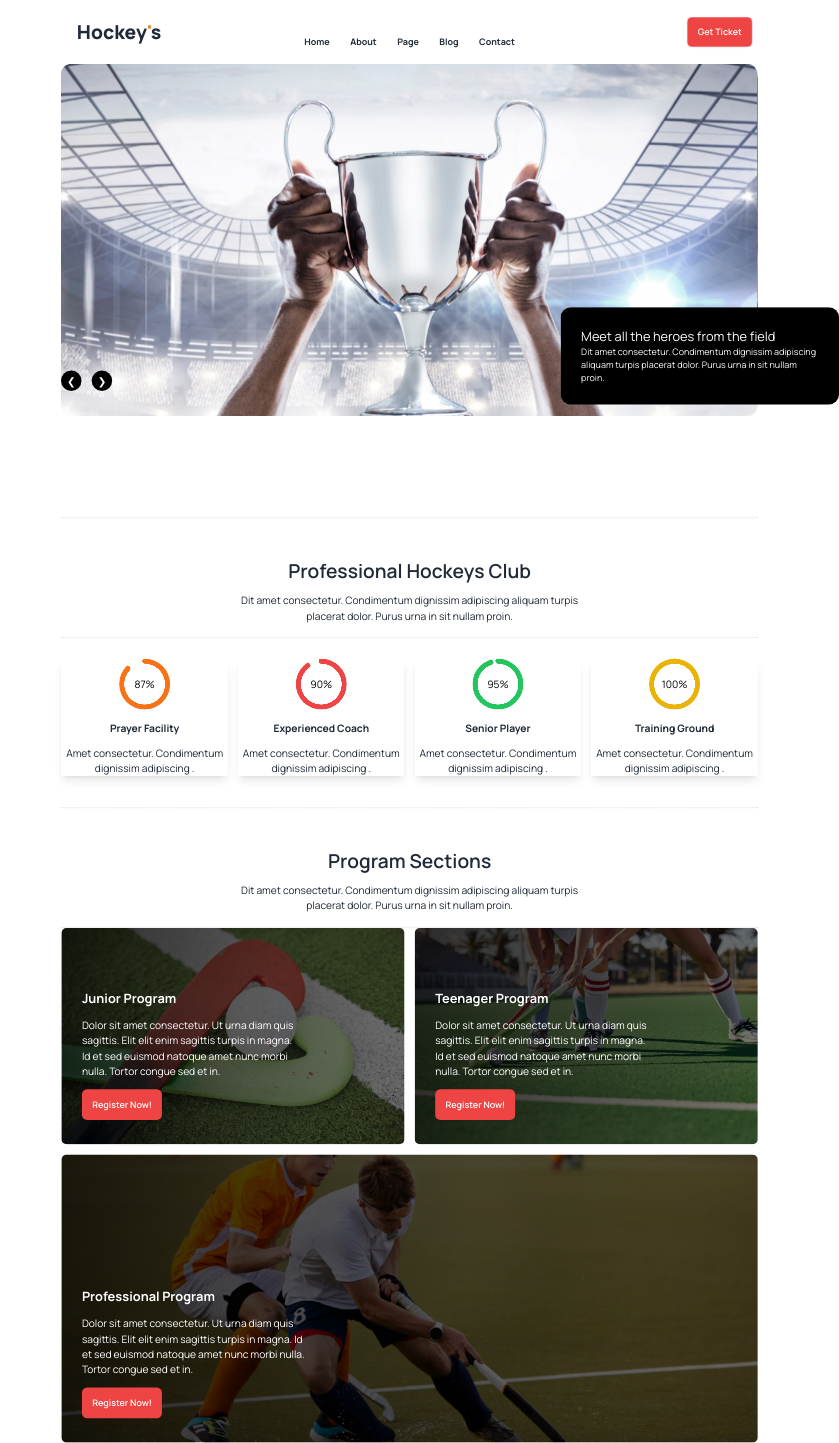
Repository: RudrasahaDibos/Hockey-
Page: index.html
The author's editor kept a copy of each file at every save. The page is drawn from the files as they stood at one save, then again after the next save.
The browser window is 1280 px wide. The page is 1311 px wide, so the pictures cover 1311 px, including what lies to the right of the window. The pictures show the whole page, at 64% of full size.
Some web libraries are served in a nearby version.

Above is the page before, as saved 2024-10-23 22:46:35.

### index.html
<!DOCTYPE html>
<html lang="en">
<head>
    <meta charset="UTF-8">
    <meta name="viewport" content="width=device-width, initial-scale=1.0">
    <title>Hockeys</title>
    <!-- Tailwinds css -->
    <link href="https://cdn.jsdelivr.net/npm/daisyui@4.12.13/dist/full.min.css" rel="stylesheet" type="text/css" />
    <script src="https://cdn.tailwindcss.com"></script>
    <!-- Font asome -->
    <link rel="stylesheet" href="https://cdnjs.cloudflare.com/ajax/libs/font-awesome/6.6.0/css/all.min.css" integrity="sha512-Kc323vGBEqzTmouAECnVceyQqyqdsSiqLQISBL29aUW4U/M7pSPA/gEUZQqv1cwx4OnYxTxve5UMg5GT6L4JJg==" crossorigin="anonymous" referrerpolicy="no-referrer" />
   <!-- tailwind custom css -->
   <script>
    tailwind.config = {
      theme: {
        extend: {
          colors: {
            clifford: '#da373d',
          }
        }
      }
    }
  </script>
  <!-- google Font  -->
  <link rel="preconnect" href="https://fonts.googleapis.com">
  <link rel="preconnect" href="https://fonts.gstatic.com" crossorigin>
  <link href="https://fonts.googleapis.com/css2?family=Manrope:wght@200..800&display=swap" rel="stylesheet">

  <style>
.manrope {
  font-family: "Manrope", serif;
}
  </style>

</head>
<body class="manrope">
    <!-- header section start here -->
       <header class="container mx-auto lg:px-24 px-8">
                 <!-- navber start here -->
                     <nav>
                        <div class="navbar bg-base-100">
                            <div class="navbar-start">
                              <div class="dropdown">
                                <div tabindex="0" role="button" class="  lg:hidden">
                                  <svg
                                    xmlns="http://www.w3.org/2000/svg"
                                    class="h-5 w-5"
                                    fill="none"
                                    viewBox="0 0 24 24"
                                    stroke="currentColor">
                                    <path
                                      stroke-linecap="round"
                                      stroke-linejoin="round"
                                      stroke-width="2"
                                      d="M4 6h16M4 12h8m-8 6h16" />
                                  </svg>
                                </div>
                                <ul
                                  tabindex="0"
                                  class="menu menu-sm dropdown-content bg-base-100 rounded-box z-[1] mt-3 w-52 p-2 shadow">

                                    <li><a>Home</a></li>
                                    <li><a>About</a></li>
                                    <li><a>Page</a></li>
                                    <li><a>Blog</a></li>
                                    <li><a>Contact</a></li>

                                </ul>
                              </div>

                              <a class=" ml-4  text-2xl lg:text-3xl font-extrabold ">Hockey<span class="text-orange-500">'</span>s</a>

                            </div>
                            <div class="navbar-center hidden lg:flex">
                              <ul class="menu menu-horizontal px-1 mt-8">
                                <li class="hover:text-orange-500 font-bold"><a>Home</a></li>
                                <li  class="hover:text-orange-500 font-bold"><a>About</a></li>
                                <li  class="hover:text-orange-500 font-bold"><a>Page</a></li>
                                <li  class="hover:text-orange-500 font-bold"><a>Blog</a></li>
                                <li  class="hover:text-orange-500 font-bold"><a>Contact</a></li>
                              </ul>
                            </div>
                            <div class="navbar-end  lg:ml-0 ml-20">

                              <a class="btn bg-red-500 text-white  ">Get Ticket</a>
                            </div>
                          </div>
                     </nav>
                 <!-- navber end here -->

                  <!-- banner start here -->
                     <div>
                      <div class="carousel w-full">
                        <div id="slide1" class="carousel-item relative w-full ">
                          <img
                            src="Images/1.png"
                            class="w-full lg:h-[550px] " />
                          <div class="absolute lg:left-0 lg:right-0 lg:top-[90%] left-[90px] top-[80%] flex -translate-y-1/2 transform gap-4">
                            <div class=" h-8 w-8 rounded-full bg-black text-white flex justify-center items-center ">
                              <a href="#slide4" class="lg:btn lg:btn-circle">❮</a>
                            </div>
                            <div class="h-8 w-8 rounded-full bg-black text-white flex justify-center items-center">
                              <a href="#slide2" class="lg:btn lg:btn-circle ">❯</a>
                            </div>
                          </div>
                        </div>
                        <div id="slide2" class="carousel-item relative w-full">
                          <img
                            src="Images/2.png"
                            class="w-full lg:h-[550px]" />
                            <div class="absolute lg:left-0 lg:right-0 lg:top-[90%] left-[90px] top-[80%] flex -translate-y-1/2 transform gap-4">
                              <div class=" h-8 w-8 rounded-full bg-black text-white flex justify-center items-center ">
                                <a href="#slide1" class="lg:btn lg:btn-circle">❮</a>
                              </div>
                              <div class="h-8 w-8 rounded-full bg-black text-white flex justify-center items-center">
                                <a href="#slide3" class="lg:btn lg:btn-circle ">❯</a>
                              </div>
                            </div>
                        </div>
                        <div id="slide3" class="carousel-item relative w-full">
                          <img
                            src="Images/3.png"
                            class="w-full lg:h-[550px]" />
                            <div class="absolute lg:left-0 lg:right-0 lg:top-[90%] left-[90px] top-[80%] flex -translate-y-1/2 transform gap-4">
                              <div class=" h-8 w-8 rounded-full bg-black text-white flex justify-center items-center ">
                                <a href="#slide2" class="lg:btn lg:btn-circle">❮</a>
                              </div>
                              <div class="h-8 w-8 rounded-full bg-black text-white flex justify-center items-center">
                                <a href="#slide4" class="lg:btn lg:btn-circle ">❯</a>
                              </div>
                            </div>
                        </div>
                        <div id="slide4" class="carousel-item relative w-full">
                          <img
                            src="Images/4.png"
                            class="w-full lg:h-[550px]" />
                            <div class="absolute lg:left-0 lg:right-0 lg:top-[90%] left-[90px] top-[80%] flex -translate-y-1/2 transform gap-4">
                              <div class=" h-8 w-8 rounded-full bg-black text-white flex justify-center items-center ">
                                <a href="#slide3" class="lg:btn lg:btn-circle">❮</a>
                              </div>
                              <div class="h-8 w-8 rounded-full bg-black text-white flex justify-center items-center">
                                <a href="#slide1" class="lg:btn lg:btn-circle ">❯</a>
                              </div>
                            </div>
                        </div>
                      </div>

                        <!-- meet all hero  -->
                        <div class=" card bg-black  p-2 lg:p-8  lg:w-2/5 lg:-translate-y-44 lg:left-[780px]">
                          <div class="">
                            <h2 class="lg:text-xl bold text-white">Meet all the heroes from the field</h2>
                            <p class="text-sm text-white">Dit amet consectetur. Condimentum dignissim adipiscing aliquam   turpis placerat dolor. Purus urna in sit nullam proin. </p>

                          </div>
                        </div>
                      <!-- meet hero ebds -->


                     </div>


                   <!-- banner end here -->
       </header>
       <!-- Header section End here -->

       <!-- Main secetion start here  -->
        <main>
                      <!-- Professional Hockeys Club start here -->
                         <section class=" container mx-auto lg:px-24 px-8 lg:mt-0  mt-5  ">
                                 <div class="text-center space-y-4 border-dotted border-t-2 border-b-2  border-separate h-[189px] lg:pt-16">
                                     <h1 class=" text-xl lg:text-3xl font-semibold">Professional Hockeys Club</h1>
                                     <p class="lg:w-[50%] lg:mx-auto">Dit amet consectetur. Condimentum dignissim adipiscing aliquam turpis placerat dolor. Purus urna in sit nullam proin. </p>
                                 </div>
                                  <div class="mt-8">
                                        <div class="grid grid-cols-1 md:gird-cols-2 lg:grid-cols-4 gap-4 ">
                                                <div class=" h-50 shadow-lg space-y-4 flex flex-col justify-center items-center">
                                                  <div class="radial-progress text-orange-500  " style="--value:87;" role="progressbar"><span class="text-black"> 87%</span></div>
                                                    <h3 class="font-bold">Prayer Facility</h3>
                                                    <p class="text-center">Amet consectetur. Condimentum dignissim adipiscing .</p>
                                                </div>
                                                <div class=" h-50 shadow-lg space-y-4 flex flex-col justify-center items-center">
                                                  <div class="radial-progress text-red-500  " style="--value:90;" role="progressbar"><span class="text-black"> 90%</span></div>
                                                    <h3 class="font-bold">Experienced Coach</h3>
                                                    <p class="text-center">Amet consectetur. Condimentum dignissim adipiscing .</p>
                                                </div>
                                                <div class=" h-50  shadow-lg space-y-4 flex flex-col justify-center items-center">
                                                  <div class="radial-progress text-green-500  " style="--value:95;" role="progressbar"><span class="text-black"> 95%</span></div>
                                                    <h3 class="font-bold">Senior Player</h3>
                                                    <p class="text-center">Amet consectetur. Condimentum dignissim adipiscing .</p>
                                                </div>
                                                <div class=" h-50 shadow-lg space-y-4 flex flex-col justify-center items-center">
                                                  <div class="radial-progress text-yellow-500  " style="--value:100;" role="progressbar"><span class="text-black"> 100%</span></div>
                                                    <h3 class="font-bold">Training Ground</h3>
                                                    <p class="text-center">Amet consectetur. Condimentum dignissim adipiscing .</p>
                                                </div>
                                        </div>
                                  </div>

                         </section>
                       <!-- Professional Hockeys Club end here -->


                       <!-- Program Sections start here -->
                            <section class="container mx-auto lg:px-24 px-8 mt-12 ">
                              <div class="text-center space-y-4 border-dotted border-t-2 border-b-2  border-separate h-[189px] lg:pt-16">
                                <h1 class=" text-xl lg:text-3xl font-semibold">Program Sections</h1>
                                <p class="lg:w-[50%] lg:mx-auto">Dit amet consectetur. Condimentum dignissim adipiscing aliquam turpis placerat dolor. Purus urna in sit nullam proin. </p>
                            </div>
                               <div>
                                <div class="grid  grid-cols-1 lg:grid-cols-2 gap-4">

                                  <div class=" relative bg-no-repeat rounded-lg  bg-center bg-cover  w-full bg-[linear-gradient(90deg,rgb(0,0,0,0.8),rgb(0,0,0,0.5)),url(./images/2.png)] h-[244px] lg:h-[338px]">

                                   <div class="text-start lg:pt-24 space-y-2 lg:space-y-4 pl-8">
                                    <h2 class="text-white text-xl font-bold">Junior Program</h2>
                                    <p class="text-white w-2/3">Dolor sit amet consectetur. Ut urna diam quis sagittis. Elit elit
                                      enim sagittis turpis in magna. Id et sed euismod natoque amet nunc morbi nulla. Tortor congue sed et in.</p>
                                     <button class="btn bg-red-500 border-none text-white">Register Now!</button>
                                   </div>
                                 </div>

                                  <div class="relative  bg-no-repeat rounded-lg  bg-center bg-cover  w-full bg-[linear-gradient(90deg,rgb(0,0,0,0.8),rgb(0,0,0,0.5)),url(./images/3.png)] h-[244px] lg:h-[338px]">
                                    <div class="text-start lg:pt-24 space-y-2 lg:space-y-4 pl-8">
                                      <h2 class="text-white text-xl font-bold">Teenager Program</h2>
                                      <p class="text-white w-2/3">Dolor sit amet consectetur. Ut urna diam quis sagittis. Elit elit
                                        enim sagittis turpis in magna. Id et sed euismod natoque amet nunc morbi nulla. Tortor congue sed et in.</p>
                                       <button class="btn bg-red-500 border-none text-white">Register Now!</button>
                                     </div>
                                  </div>
                                  <div class=" lg:col-span-2 relative  rounded-lg  bg-center bg-cover w-full bg-[linear-gradient(90deg,rgb(0,0,0,0.8),rgb(0,0,0,0.5)),url(./images/4.png)] h-[244px] lg:h-[450px]">
                                    <div class="text-start lg:pt-52 space-y-2 lg:space-y-4 pl-8">
                                      <h2 class="text-white text-xl font-bold">Professional Program</h2>
                                      <p class="text-white w-1/3">Dolor sit amet consectetur. Ut urna diam quis sagittis. Elit elit
                                        enim sagittis turpis in magna. Id et sed euismod natoque amet nunc morbi nulla. Tortor congue sed et in.</p>
                                       <button class="btn bg-red-500 border-none text-white">Register Now!</button>
                                     </div>
                                  </div>
                                </div>
                               </div>
                            </section>

                       <!-- Program Sections end here -->
        </main>
        <!-- main section end here -->

</body>
</html>

After the next save:
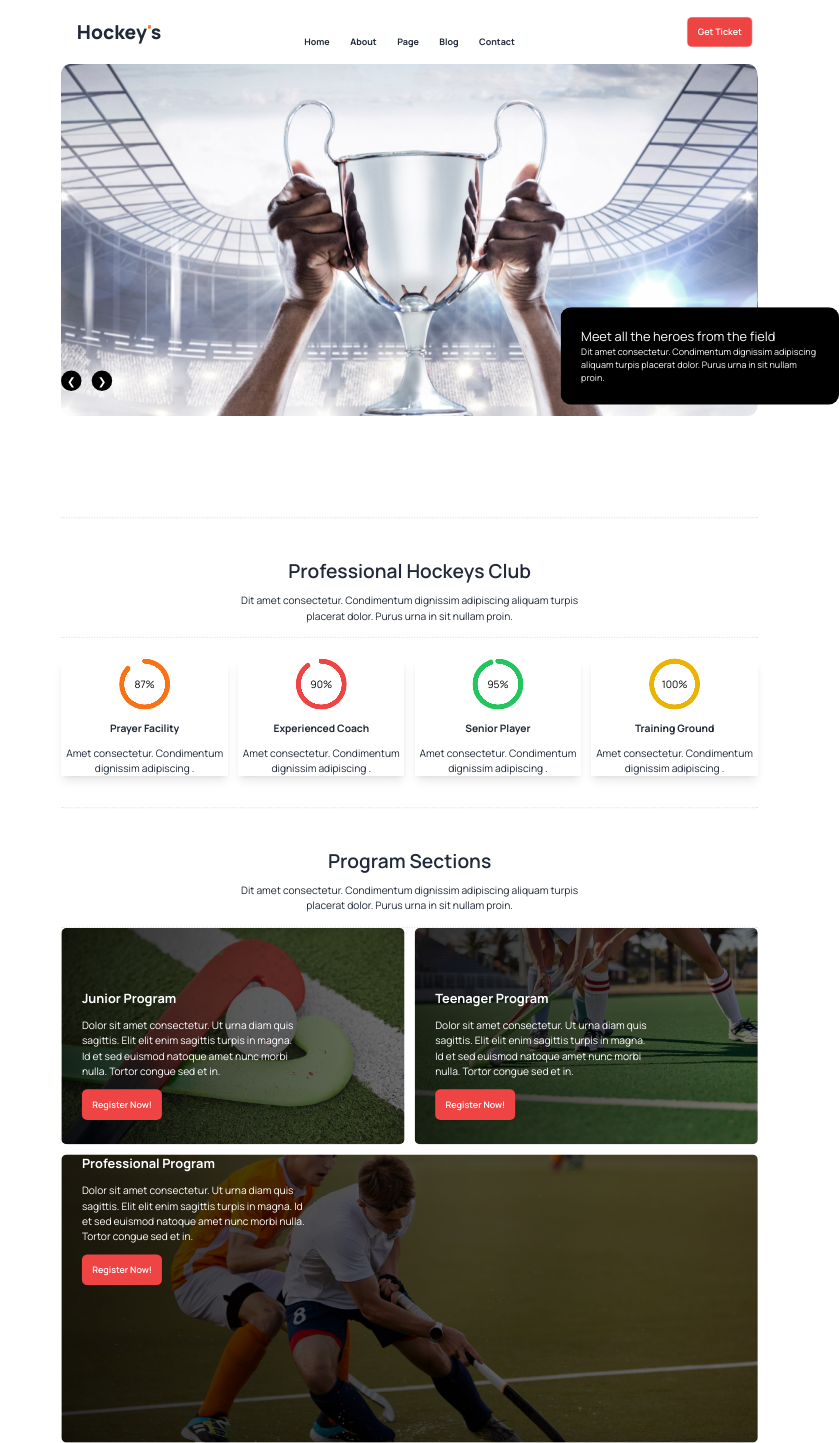
Saved 8 s later.
--- a/index.html
+++ b/index.html
@@ -228,7 +228,7 @@
                                      </div>
                                   </div>
                                   <div class=" lg:col-span-2 relative  rounded-lg  bg-center bg-cover w-full bg-[linear-gradient(90deg,rgb(0,0,0,0.8),rgb(0,0,0,0.5)),url(./images/4.png)] h-[244px] lg:h-[450px]">
-                                    <div class="text-start lg:pt-52 space-y-2 lg:space-y-4 pl-8">
+                                    <div class="text-start lg:pt- space-y-2 lg:space-y-4 pl-8">
                                       <h2 class="text-white text-xl font-bold">Professional Program</h2>
                                       <p class="text-white w-1/3">Dolor sit amet consectetur. Ut urna diam quis sagittis. Elit elit
                                         enim sagittis turpis in magna. Id et sed euismod natoque amet nunc morbi nulla. Tortor congue sed et in.</p>
